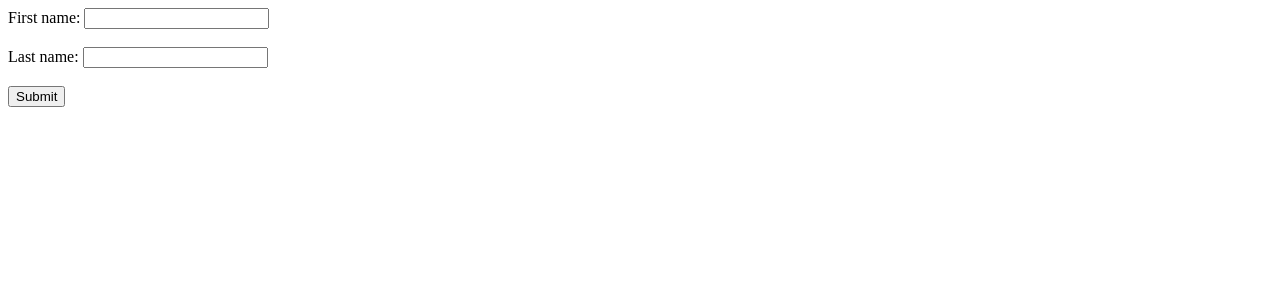
Repository: minnukanch/Spring-learners-code
Page: jspdemo/WebContent/student-checkbox-form.html
An editor plug-in stored every save of this project. The page is shown before and after the next save, followed by the edit.
The browser window is 1280 px wide. The pictures show the whole page.

Above is the page before, as saved 2019-09-26 23:36:57.

After the next save:
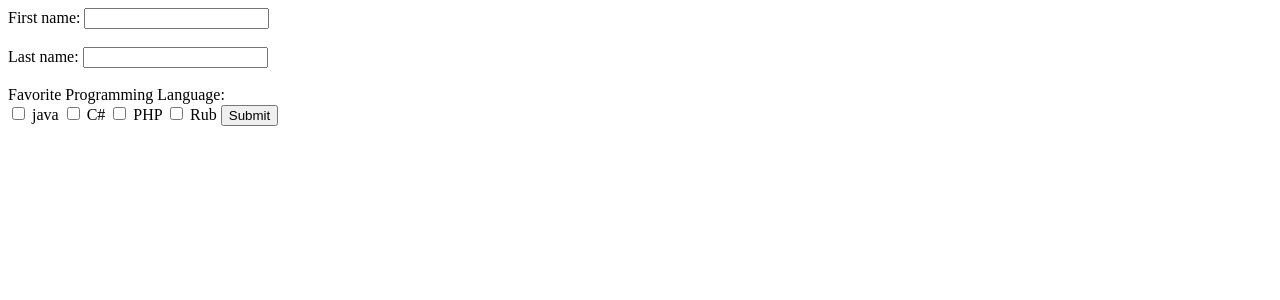
Saved 10 min 25 s later.
--- a/jspdemo/WebContent/student-checkbox-form.html
+++ b/jspdemo/WebContent/student-checkbox-form.html
@@ -14,6 +14,17 @@
 
 	<br/></br>
 
+	Favorite Programming Language: <br>
+
+	<input type = "checkbox" name = "favoriteLanguage" value = "java"> java
+
+	<input type = "checkbox" name = "favoriteLanguage" value = "C#"> C#
+
+	<input type = "checkbox" name = "favoriteLanguage" value = "PHP"> PHP
+
+	<input type = "checkbox" name = "favoriteLanguage" value = "Ruby"> Rub
+
+
 
 	<input type = "submit" value = "Submit" />
 
